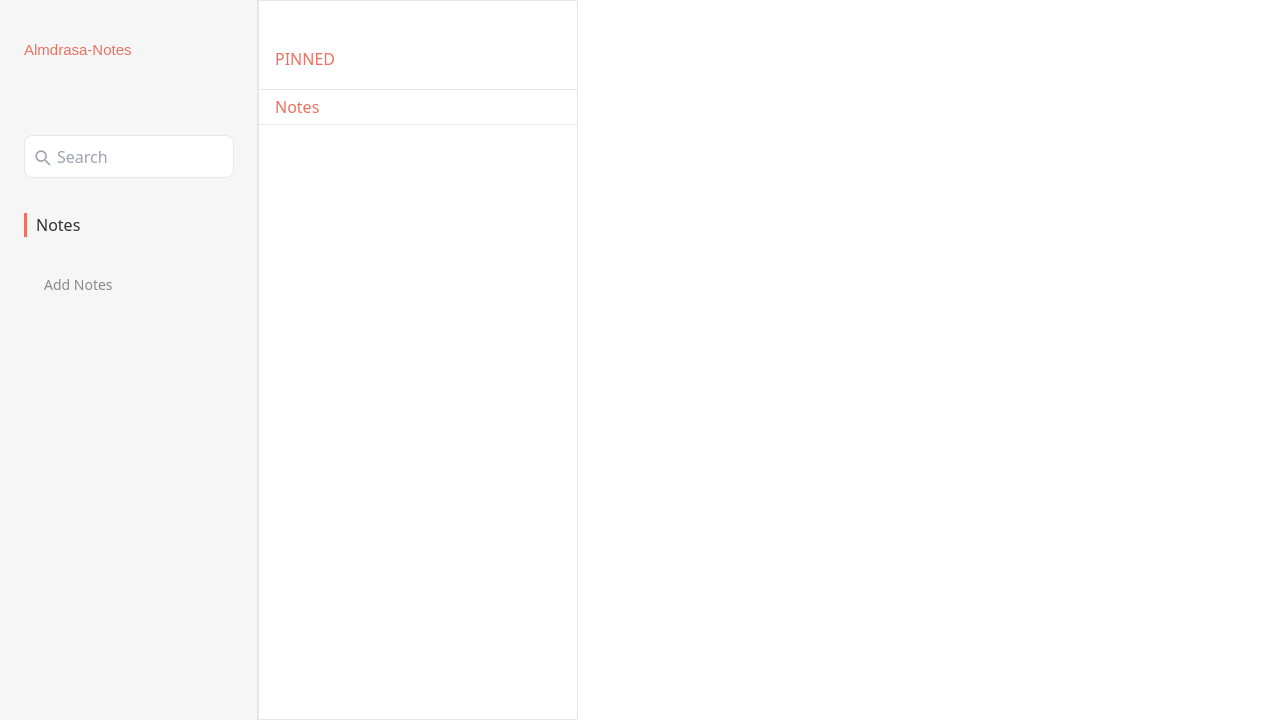
Repository: wafaa399/Note-App
Page: index.html
An editor plug-in stored every save of this project. The page is shown before and after the next save, followed by the edit.
The browser window is 1280 px wide. The pictures show the whole page.
Some web fonts or font styles are not loaded; a fallback is used. Some web libraries are served in a nearby version.

Above is the page before, as saved 2026-07-18 00:33:48.

### index.html
<!doctype html>
<html lang="en">
  <head>
    <meta charset="UTF-8" />
    <meta name="viewport" content="width=device-width, initial-scale=1.0" />
    <meta
      name="description"
      content="A notes application built with HTML, CSS, and JavaScript."
    />
    <meta name="keywords" content="notes, HTML, CSS, JavaScript" />
    <link rel="icon" href="/img/Logo.png" type="image/png" />
    <title>Note App</title>
    <script src="https://cdn.tailwindcss.com"></script>
    <link rel="preconnect" href="https://fonts.googleapis.com" />
    <link rel="preconnect" href="https://fonts.gstatic.com" crossorigin />
    <link
      href="https://fonts.googleapis.com/css2?family=Aclonica&display=swap"
      rel="stylesheet"
    />

    <script>
      tailwind.config = {
        theme: {
          extend: {
            fontFamily: {
              aclonica: ["Aclonica", "sans-serif"],
            },
          },
        },
      };
    </script>
  </head>
  <script
    type="module"
    src="https://unpkg.com/ionicons@7.1.0/dist/ionicons/ionicons.esm.js"
  ></script>

  <script
    nomodule
    src="https://unpkg.com/ionicons@7.1.0/dist/ionicons/ionicons.js"
  ></script>

  <body class="bg-gray-100 h-screen overflow-hidden text-sm text-gray-800">
    <div class="flex h-screen w-screen relative">
      <!--------SIDEBAR -------->
      <aside
        id="sidebar"
        class="bg-[#F6F6F6] border-r border-gray-200 flex-shrink-0 overflow-hidden pl-6 pt-10"
        style="width: 16.125rem"
      >
        <div class="w-[8.375rem] h-[1.0625rem]">
          <h1
            class="font-aclonica text-[0.9375rem] text-[#EC7160] font-normal mb-[4.7rem]"
          >
            Almdrasa-Notes
          </h1>

        <div class="relative mb-5 w-[13.125rem] h-[2.6875rem]">
  <input
    type="text"
    placeholder="Search"
    class="w-full h-full text-[1rem] border border-[#E7E7E9] rounded-lg pl-8 py-2 outline-none focus:ring-1 focus:ring-red-400"
  />

  <svg
    class="w-5 h-5 text-gray-400 absolute left-2 top-1/2 -translate-y-1/2"
    fill="none"
    stroke="currentColor"
    viewBox="0 0 24 24"
  >
    <path
      stroke-linecap="round"
      stroke-linejoin="round"
      stroke-width="2"
      d="M21 21l-4.35-4.35M17 11a6 6 0 11-12 0 6 6 0 0112 0z"
    />
  </svg>
</div>


<div class="space-y-2">
  <button
    data-view="notes"
    class="nav-item relative w-full h-[3.3rem]  pl-3 rounded text-[1rem] font-medium text-[#303030] flex items-center"
  >
    <span
      class="absolute left-0 top-1/2 -translate-y-1/2 w-[.2rem] h-[1.5rem] bg-[#EC7160]  "
    ></span>
    Notes
  </button>

  <button
    data-view="add"
    class="nav-item w-full h-[53px] text-left pl-5 rounded text-[#898989] flex items-center hover:bg-gray-50"
  >
    Add Notes
  </button>
</div>
      </aside>

      <!--============NOTES LIST============ -->
      <section
        class="w-80 flex-shrink-0 border border-[#E7E7E9] bg-white text-[#EC7160] overflow-y-auto"
      >
        <div class="px-4 pt-12">
          <div class="mb-1">
            <p class="text-[1rem] font-normal mb-2">PINNED</p>
            <div id="pinnedList" class="space-y-1"></div>
          </div>

          <div class="mt-5">
            <div
              class="-mx-4 h-[36px] border-y border-[#E7E7E9] flex items-center"
            >
              <p class="px-4 text-[1rem] font-normal">Notes</p>
            </div>

            <div id="notesList" class="space-y-1"></div>
          </div>
        </div>
      </section>
      <!----------TOGGLE BUTTON ------------->
      <!-- <button
        id="toggleBtn"
        class="absolute top-1/2 -translate-y-1/2 z-20 bg-white border border-gray-200 rounded-full w-6 h-6 flex items-center justify-center shadow-sm hover:bg-gray-50 transition-all"
        style="left: 232px"
      >
        <svg
          id="toggleIcon"
          class="w-3.5 h-3.5 text-gray-500 transition-transform"
          fill="none"
          stroke="currentColor"
          viewBox="0 0 24 24"
        >
          <path
            stroke-linecap="round"
            stroke-linejoin="round"
            stroke-width="2"
            d="M15 19l-7-7 7-7"
          />
        </svg>
      </button> -->

      <!-- ============ NOTE DETAIL ============ -->
      <main class="flex-1 overflow-y-auto bg-white">
        <div id="detailView" class="max-w-2xl mx-auto p-8"></div>
      </main>
    </div>
  </body>
</html>

After the next save:
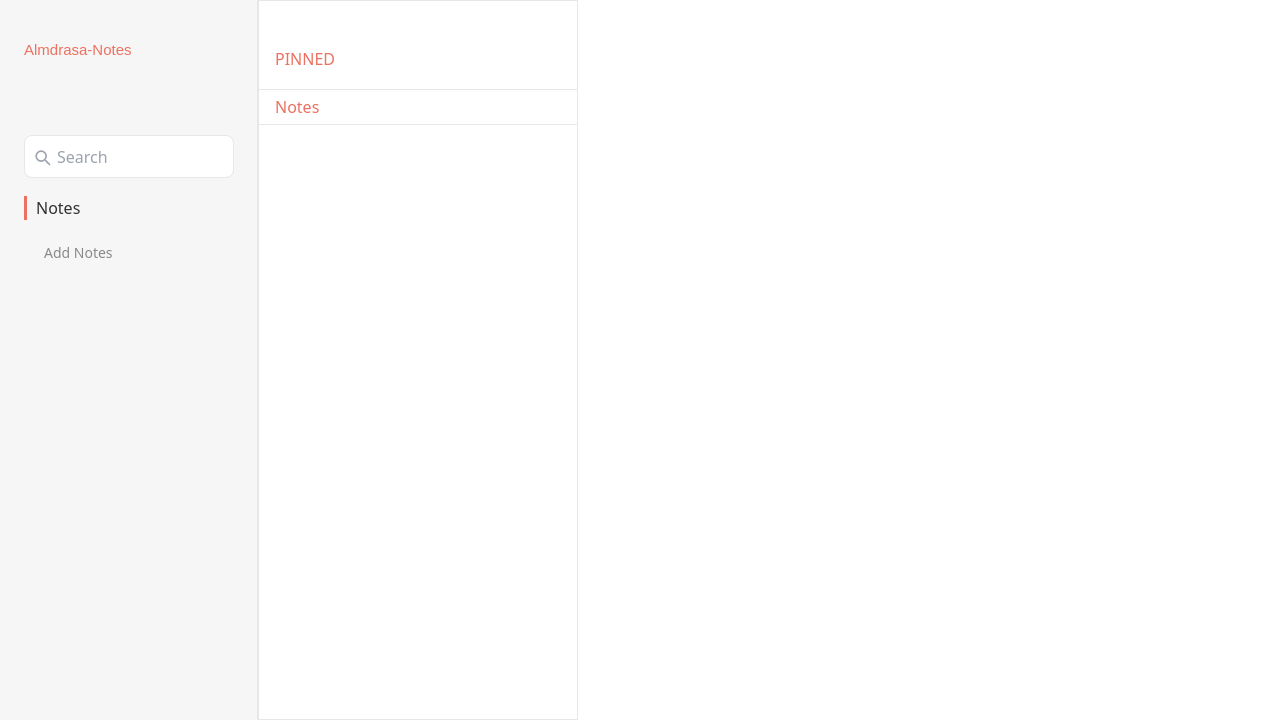
Saved 3 min 11 s later.
--- a/index.html
+++ b/index.html
@@ -81,7 +81,7 @@
 <div class="space-y-2">
   <button
     data-view="notes"
-    class="nav-item relative w-full h-[3.3rem]  pl-3 rounded text-[1rem] font-medium text-[#303030] flex items-center"
+    class="nav-item relative w-full h]  pl-3 rounded text-[1rem] font-medium text-[#303030] flex items-center"
   >
     <span
       class="absolute left-0 top-1/2 -translate-y-1/2 w-[.2rem] h-[1.5rem] bg-[#EC7160]  "

After the save that followed:
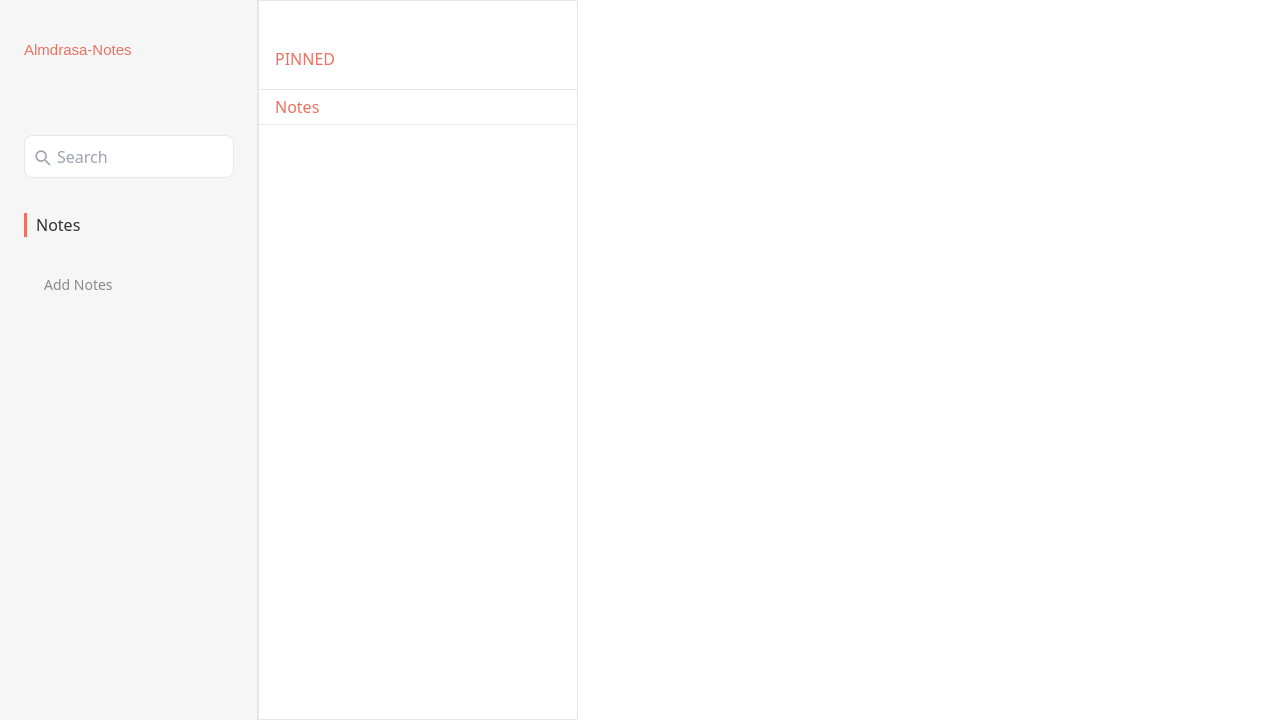
Saved 12 s later.
--- a/index.html
+++ b/index.html
@@ -81,7 +81,7 @@
 <div class="space-y-2">
   <button
     data-view="notes"
-    class="nav-item relative w-full h]  pl-3 rounded text-[1rem] font-medium text-[#303030] flex items-center"
+    class="nav-item relative w-full h-[3.3rem]  pl-3 rounded text-[1rem] font-medium text-[#303030] flex items-center"
   >
     <span
       class="absolute left-0 top-1/2 -translate-y-1/2 w-[.2rem] h-[1.5rem] bg-[#EC7160]  "
